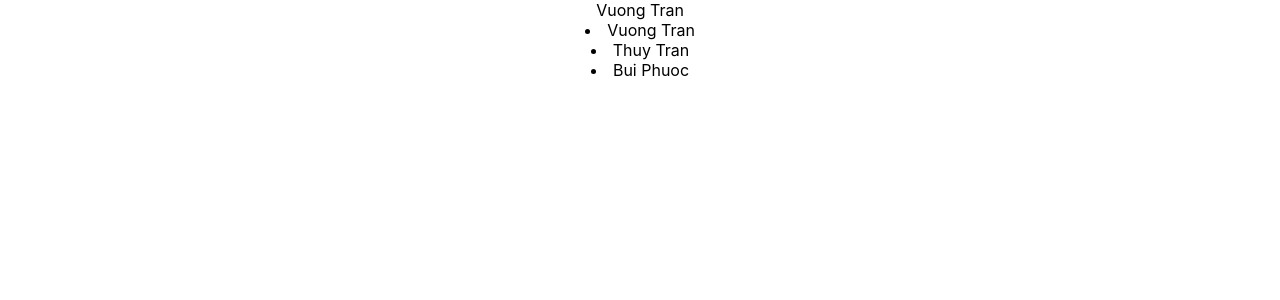
Repository: vuongtm1999/ALTA-exercise-1
Page: /
These files come from the project's save history. The page is drawn as it stood at one moment and after the next save; the edit follows.
The browser window is 1280 px wide. The pictures show the whole page.
The project was rebuilt for these pictures with package versions that can differ from the ones it lists, and the page was loaded fresh each time.

Above is the page before, as saved 2022-10-25 15:07:16.

After the next save:
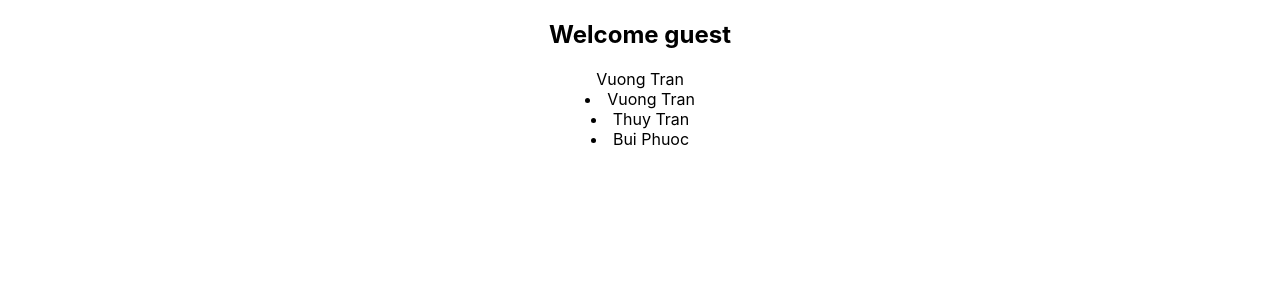
Saved 16 s later.
--- a/src/components/Greet.tsx
+++ b/src/components/Greet.tsx
@@ -5,15 +5,15 @@ type Greetprops = {
     isLoggedIn: boolean
 }
 
-const Greet: React.FC = () => {
+const Greet = (props: Greetprops) => {
     // set default value for propertie messageCount
-    // const { messageCount = 0 } = props;
+    const { messageCount = 0 } = props;
 
     return (
         <div>
-          {/* {props.isLoggedIn ?  <h2>Welcome {props.name}! You have {props.messageCount} unread message</h2> : */}
-        {/* //                             <h2>Welcome guest</h2>  */}
-        {/* //     } */}
+            {props.isLoggedIn ?  <h2>Welcome {props.name}! You have {props.messageCount} unread message</h2> :
+                                    <h2>Welcome guest</h2>
+            }
         </div>
      );
 };
